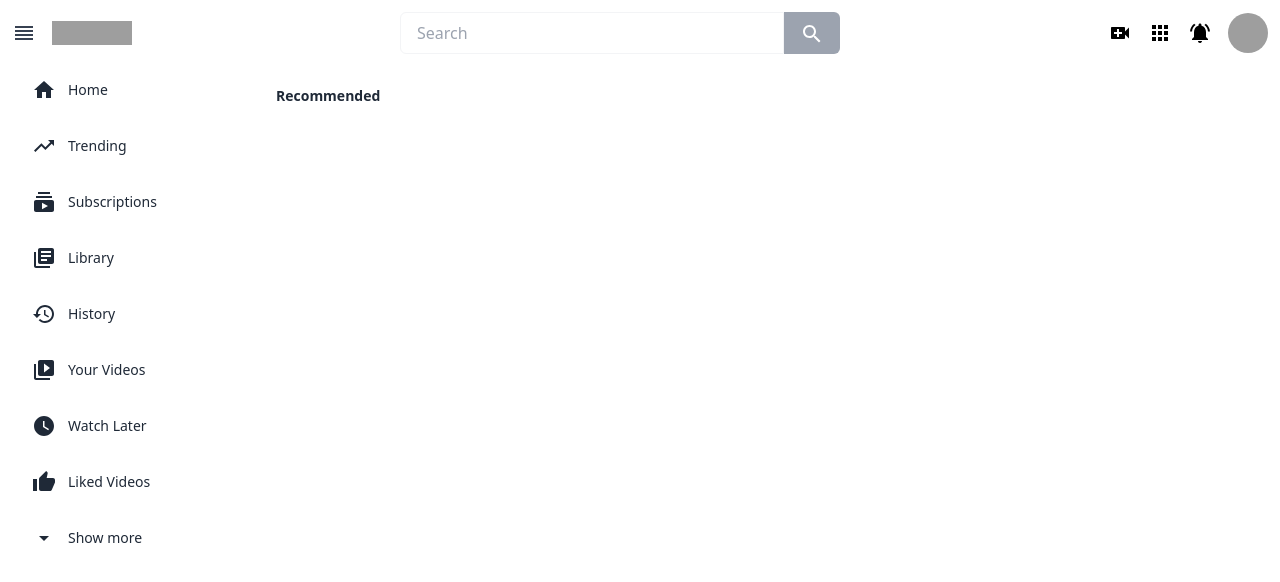
Repository: Shamraiz761/Youtube-clone
Page: /
These files come from the project's save history. The page is drawn as it stood at one moment and after the next save; the edit follows.
The browser window is 1280 px wide. The pictures show the whole page.
Pictures or frames that could not be fetched are drawn as grey boxes. The project was rebuilt for these pictures with package versions that can differ from the ones it lists, and the page was loaded fresh each time. Also part of the build but not shown: vite.config.js.

Above is the page before, as saved 2024-01-19 22:24:31.

After the next save:
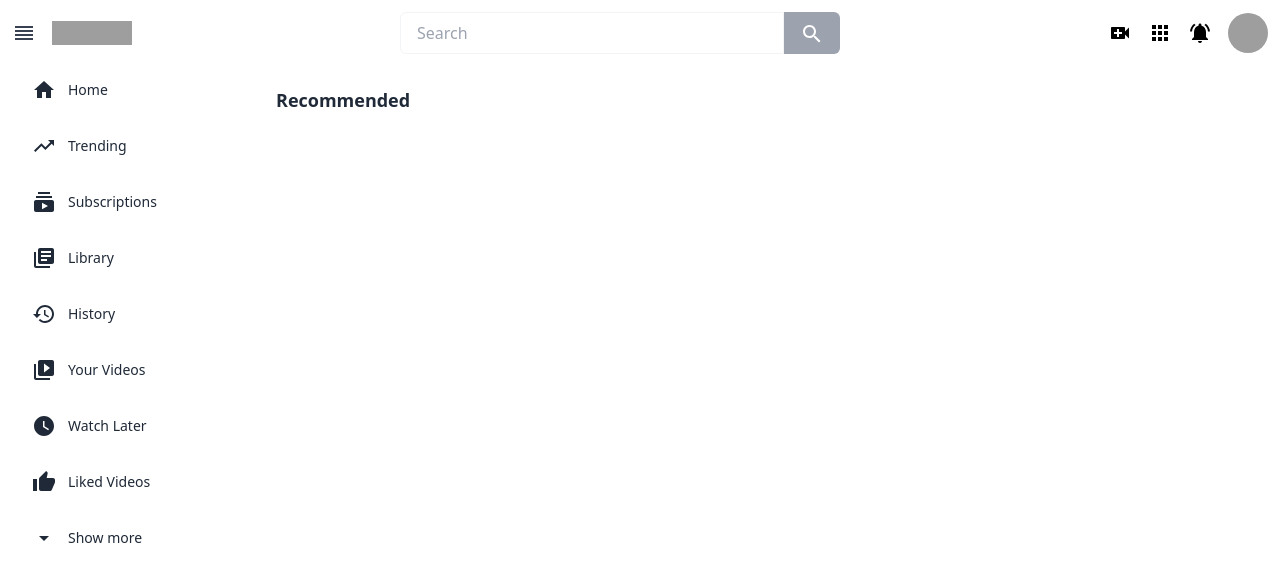
Saved 27 s later.
--- a/src/components/video/RecommendedVideo.jsx
+++ b/src/components/video/RecommendedVideo.jsx
@@ -3,7 +3,7 @@ import React from 'react'
 function RecommendedVideo() {
   return (
     <div className='m-5 '>
-      <h1 className='text-sm font-semibold text-gray-800'> Recommended</h1>
+      <h1 className='text-lg font-semibold text-gray-800'> Recommended</h1>
     </div>
   )
 }
